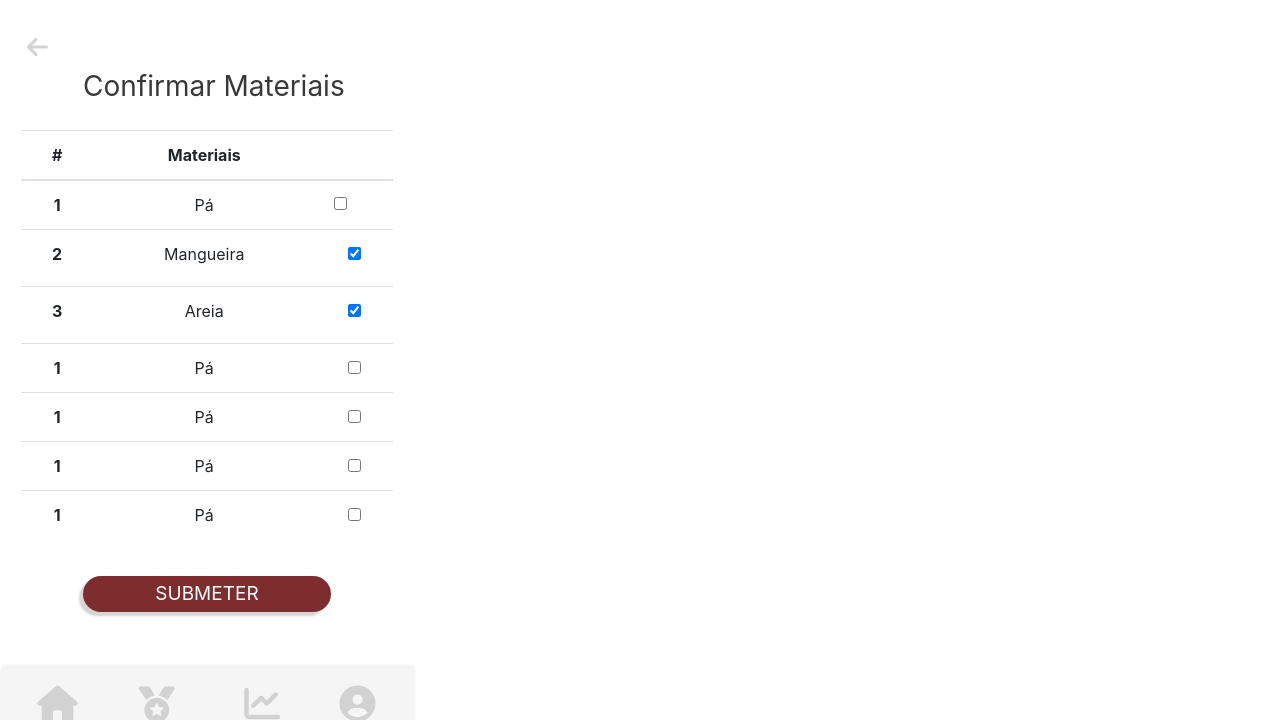
Repository: grupodetrabalhoeficiente/D213
Page: D213/Frontend/ConfirmarMateriais.html
The author's editor kept a record of every edit. The page is drawn from the files as they stood at one moment, then again after the next edit.
The browser window is 1280 px wide. The pictures show the whole page.
Some web libraries are served in a nearby version.

Above is the page before.

After the next edit:
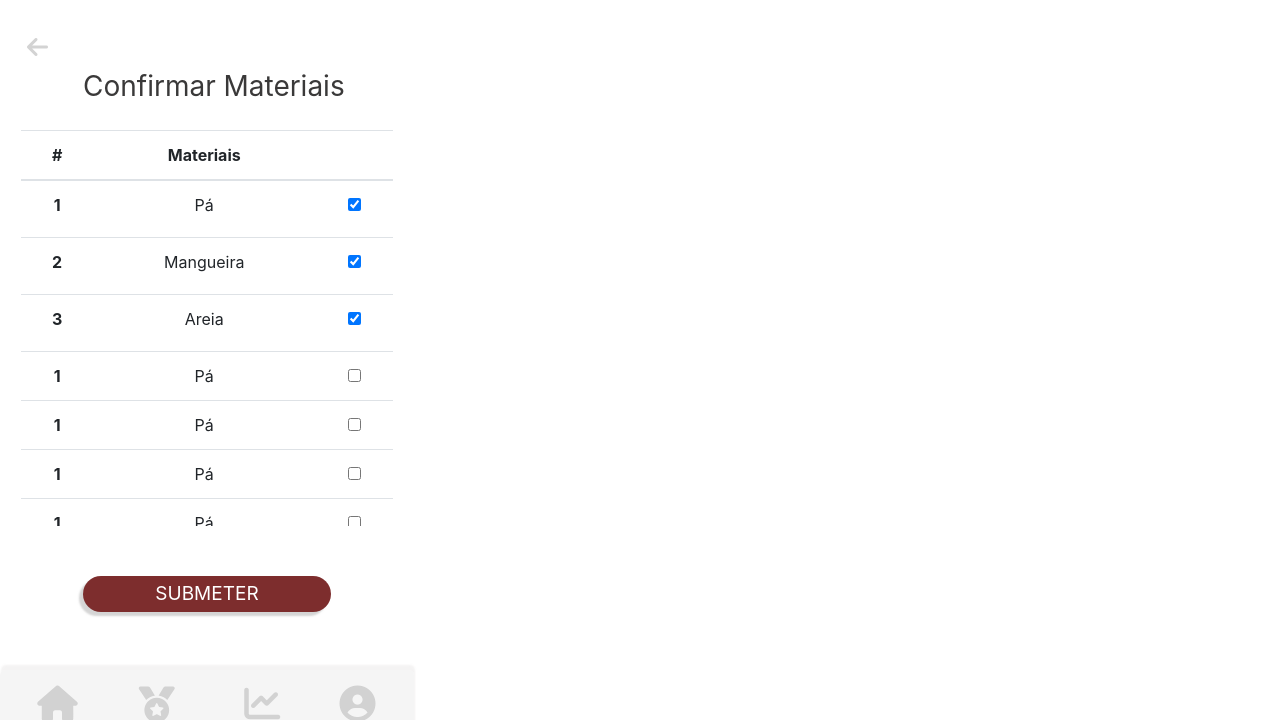
The edit:
--- a/D213/Frontend/ConfirmarMateriais.html
+++ b/D213/Frontend/ConfirmarMateriais.html
@@ -32,7 +32,11 @@
       <th scope="row">1</th>
       <td>Pá</td>
       <td>
-          <input type="checkbox" class="MaterialCheck form-check-input"/>
+        <label class="custom-checkbox" tab-index="0" aria-label="Checkbox Label">
+    <input type="checkbox" checked>
+    <span class="checkmark"></span>
+    <span class="label"></span>
+  </label>
       </td>
     </tr>
     <tr>
